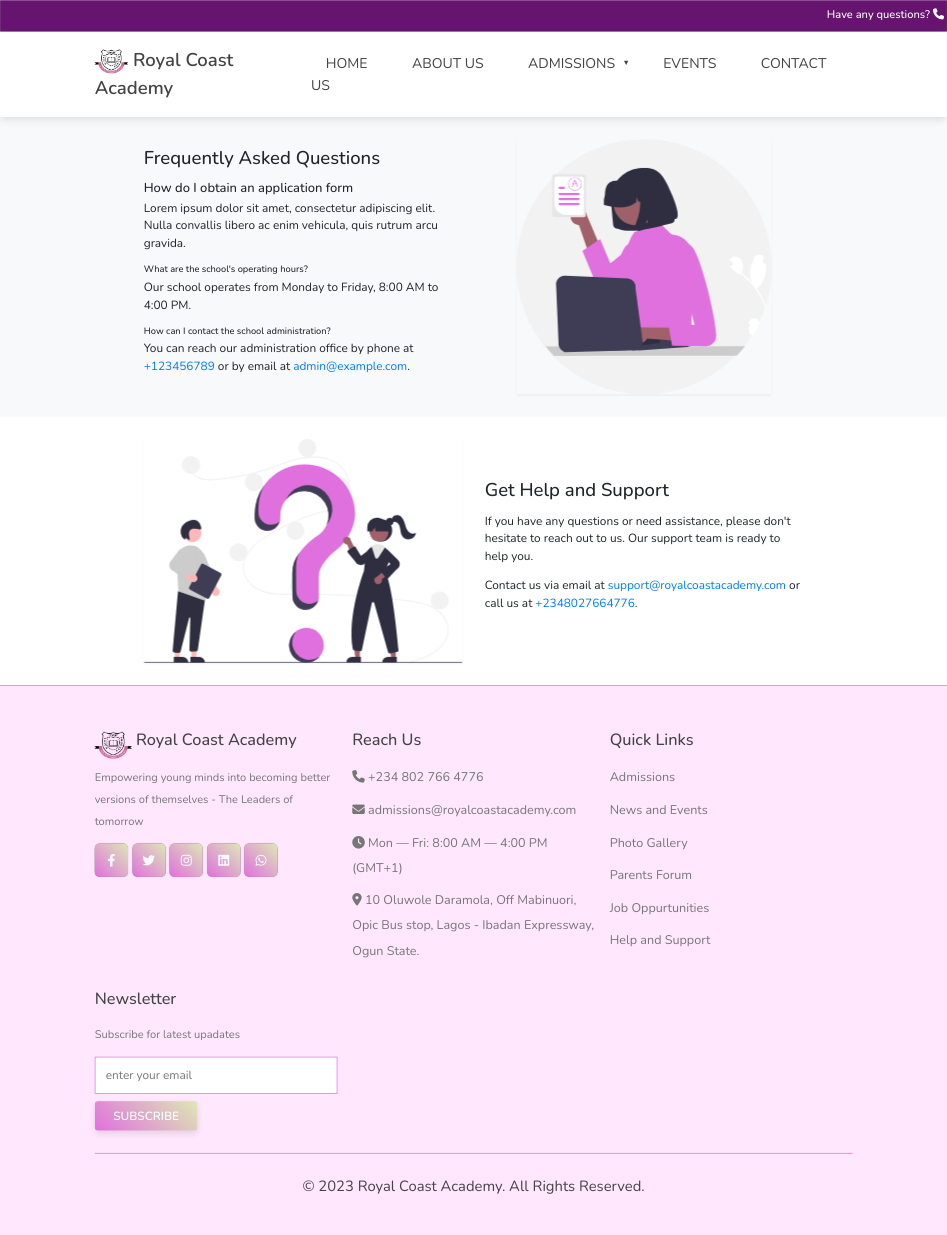
Repository: AdeniranZion/RC-Academy
Page: http://localhost/faq.php
An editor plug-in stored every save of this project. The page is shown before and after the next save, followed by the edit.
The browser window is 1280 px wide. The pictures show the whole page, at 74% of full size.
Some web libraries are served in a nearby version. The page is run by PHP 8.4 with error messages shown; the project is at /var/www/html/.

Above is the page before, as saved 2024-06-21 19:19:20.
Console error: TypeError: Cannot set properties of null (setting 'onclick')

### faq.php
<?php include_once "partials/header.php"; ?>

<section class="faq-section py-5 bg-light">
    <div class="container">
        <div class="row align-items-center">
            <div class="col-lg-6" data-aos="fade-right">
                <div class="faq-content">
                    <h1 class="mb-4 fw-bold">Frequently Asked Questions</h1>

                    <div class="faq-item mb-4">
                        <h3>How do I obtain an application form</h3>
                        <p>Lorem ipsum dolor sit amet, consectetur adipiscing elit. Nulla convallis libero ac enim vehicula, quis rutrum arcu gravida.</p>
                    </div>

                    <div class="faq-item mb-4">
                        <h3 class="h5">What are the school's operating hours?</h3>
                        <p>Our school operates from Monday to Friday, 8:00 AM to 4:00 PM.</p>
                    </div>

                    <div class="faq-item mb-4">
                        <h3 class="h5">How can I contact the school administration?</h3>
                        <p>You can reach our administration office by phone at <a href="tel:+123456789">+123456789</a> or by email at <a href="mailto:admin@example.com">admin@example.com</a>.</p>
                    </div>
                </div>
            </div>

            <div class="col-lg-6" data-aos="fade-left" data-aos-duration="1100">
                <div class="support-illustration text-center">
                    <img src="images/undraw_teacher_re_sico.svg" alt="Support Illustration" class="img-fluid rounded shadow-sm" style="max-width: 80%; height: auto;">
                </div>
            </div>

        </div>
    </div>
</section>

<section class="help-section py-5">
    <div class="container">
        <div class="row align-items-center">
            <div class="col-lg-6 order-lg-2" data-aos="fade-left">
                <div class="help-content">
                    <h1 class="mb-4 fw-bold">Get Help and Support</h1>

                    <p class="mb-4">If you have any questions or need assistance, please don't hesitate to reach out to us. Our support team is ready to help you.</p>

                    <p class="mb-4">Contact us via email at <a href="mailto:yemideniran@gmail.com">support@royalcoastacademy.com</a> or call us at <a href="tel:+123456789">+2348027664776</a>.</p>
                </div>
            </div>

            <div class="col-lg-6 order-lg-1" data-aos="fade-right" data-aos-duration="1100">
                <div class="help-illustration text-center">
                    <img src="images/undraw_questions_re_1fy7.svg" alt="Help Illustration" class="img-fluid rounded shadow-sm">
                </div>
            </div>
        </div>
    </div>
</section>

<?php include_once "partials/footer.php"; ?>

<!-- Initialize AOS -->
<script>
    AOS.init();
</script>

### partials/header.php
 <!--HTML BEGINS-->
<!doctype html>
<html lang="en">
  <head>

  <script src="https://cdn.jsdelivr.net/npm/aos@2.3.4/dist/aos.js"></script>
  <link rel="stylesheet" href="https://cdn.jsdelivr.net/npm/aos@2.3.4/dist/aos.css">
<link rel="stylesheet" href="css/qlstyle.css">
<link rel="stylesheet" href="https://cdn.jsdelivr.net/npm/bootstrap@4.5.3/dist/css/bootstrap.min.css" integrity="sha384-TX8t27EcRE3e/ihU7zmQxVncDAy5uIKz4rEkgIXeMed4M0jlfIDPvg6uqKI2xXr2" crossorigin="anonymous">
<link rel="stylesheet" href="https://cdn.jsdelivr.net/npm/bootstrap-icons@1.11.3/font/bootstrap-icons.min.css">
<link rel="stylesheet" href="https://cdnjs.cloudflare.com/ajax/libs/font-awesome/6.3.0/css/all.min.css">
<link rel="stylesheet" href="https://unpkg.com/swiper@7/swiper-bundle.min.css">


  <title>Royal Coast Academy</title>
    <!-- Required meta tags -->
    <meta charset="UTF-8">
   <meta http-equiv="X-UA-Compatible" content="IE=edge">
   <meta name="viewport" content="width=device-width, initial-scale=1.0">



   <!-- swiper css link  -->
   <link rel="stylesheet" href="https://unpkg.com/swiper@7/swiper-bundle.min.css" />
   <link rel="stylesheet" href="https://fontawesome.com/icons/phone?s=solid&f=classic" />

   <!-- custom css file link  -->
   <link rel="stylesheet" href="css/style.css">
   <link rel="stylesheet" href="css/aos.css">



<!-- //Go to top Button -->
<button onclick="topFunction()" class="top-btn" id="myBtn" title="Go to top"><img width="50%" src="images/chevron_up1.png" alt=""></button>
</head>

<body>


<!-- header section starts  -->
<div class="scroll-div">
    <div class="scroll-wrapper">
      <div class="scroll-text">
        <h1>Have any questions? <i class="fa-solid fa-phone"></i> Call us on +2348027664776 +2347059695895 +2349030009521 <i class="fa-solid fa-envelope"></i> royalcoastacademy@gmail.com or <i class="fa-solid fa-location-dot"></i> Visit us @ 10 Oluwole Daramola Crescent, Isheri Oke 102109, Ojodu Berger, Ogun State.</h1>
      </div>
    </div>
  </div>



<header class="header">


   <a href="#" class="logo">
      <img src="images/RCALogo.png" width="45" alt="Royal Coast Academy Logo">
      Royal Coast Academy
   </a>


   <nav class="navbar">

         <div id="close-navbar" class="fa-sharp fa-solid fa-xmark"></div>

         <?php
            $file_names = ['index.php', 'calendar.php', 'contact.php', 'about.php', 'courses.php', 'admissions.php', 'admission_form.php'];
            $current_page = basename($_SERVER['PHP_SELF']);
            $links = array(
               array('text' => 'HOME', 'href' => 'index.php'),
               array('text' => 'ABOUT US', 'href' => 'about.php'),
               array('text' => 'ADMISSIONS', 'href' => 'admissions.php'),
               array('text' => 'EVENTS', 'href' => 'calendar.php'),
               array('text' => 'CONTACT US', 'href' => 'contact.php'),
            );

            echo '<nav>'; // Start the navigation container

            foreach ($links as $link) {
               // Check if the link is the current page or if it's the admissions link when on admission_form.php
               $style = ($link['href'] == $current_page || ($link['href'] == 'admissions.php' && $current_page == 'admission_form.php')) ? 'style="color: #e070dd;"' : '';

               if ($link['text'] == 'ADMISSIONS') {
                  echo '<div class="dropdown">';
                  echo '<a href="' . $link['href'] . '" ' . $style . '>' . $link['text'] . '</a>';
                  echo '<div class="dropdown-content">';

                  // Set style for dropdown links, excluding the current page
                  echo '<a href="admission_form.php"' . ($current_page == 'admission_form.php' ? ' style="color: #e070dd;"' : '') . '>Admission Form</a>';
                  echo '<a href="admissions.php"' . ($current_page == 'admissions.php' ? ' style="color: #e070dd;"' : '') . '>Admission Details</a>';

                  echo '</div>';
                  echo '</div>';
               } else {
                     echo '<a href="' . $link['href'] . '" ' . $style . '>' . $link['text'] . '</a>';
               }
             }

            echo '</nav>'; // End the navigation container
?>





   </nav>

   <div class="icons">
      <div id="menu-btn" class="fa-solid fa-bars"></div>
   </div>

</header>


<script>
    AOS.init({
        duration: 800, // animation duration in milliseconds
        offset: 200, // offset (in pixels) from the top of the page for the start of the animation
        easing: 'ease-out', // easing function to use for the animation
        once: true, // only animate elements once on page load
    });

      // Refresh AOS on scroll event
      window.addEventListener('scroll', function() {
      AOS.refresh();
});
  </script>

</body>

### partials/footer.php
<!-- footer section starts  -->


<section class="footer">

   <div class="box-container">

      <div class="box">
         <h3> <img style="margin-bottom: -3%;" src="images/RCALogo.png" width="50"> Royal Coast Academy </h3>
         <p>Empowering young minds into becoming better versions of themselves - The Leaders of tomorrow</p>
         <div class="share">
            <a href="#" class="fa-brands fa-facebook-f"></a>
            <a href="#" class="fa-brands fa-twitter"></a>
            <a href="https://www.instagram.com/royalcoastacademy/" class="fa-brands fa-instagram"></a>
            <a href="#" class="fa-brands fa-linkedin"></a>
            <a href="https://wa.me/+2348027664776" class="fa-brands fa-whatsapp"></a>
         </div>
      </div>

      <div class="box">
         <h3>Reach Us</h3>
         <a href="tel:+2348027664776" class="link"><i class="fa-solid fa-phone"></i> <span> +234 802 766 4776</span></a>
         <a href="mailto:admissions@schoolname.com" class="link"><i class="fa-sharp fa-solid fa-envelope"></i> admissions@royalcoastacademy.com</a>
         <a class="link"><i class="fa-solid fa-clock"></i><span> Mon — Fri: 8:00 AM — 4:00 PM (GMT+1)
         </span></a>
         <a href="https://www.google.com/maps/place/Royal+Coast+Academy/@6.6436294,3.3875633,17z/data=!4m15!1m8!3m7!1s0x103b937ae5824571:0xccc23bd1c27304eb!2s10+Oluwole+Daramola+Cres,+Isheri+Oke+102109,+Ojodu+Berger,+Ogun+State!3b1!8m2!3d6.6436294!4d3.3875633!16s%2Fg%2F11sk8n63bg!3m5!1s0x103b9320de5d0e97:0x8af30d24481b53f6!8m2!3d6.6436294!4d3.3875633!16s%2Fg%2F11smwgcrfj" class="link"><i class="fa-solid fa-location-dot"></i><span> 10 Oluwole Daramola, Off Mabinuori, Opic Bus stop, Lagos - Ibadan Expressway, Ogun State.</span></a>
      </div>

      <div class="box">
         <h3>Quick links</h3>
         <a href="admissions.php" class="link">Admissions</a>
         <a href="calendar.php" class="link">News and Events</a>
         <a href="photogallery.php" class="link">Photo Gallery</a>
         <a href="unavailable.php" class="link">Parents Forum</a>
         <a href="unavailable.php" class="link">Job Oppurtunities</a>
         <a href="faq.php" class="link">Help and Support</a>
      </div>

      <div class="box">
         <h3>newsletter</h3>
         <p>Subscribe for latest upadates</p>
         <form action="">
            <input type="email" name="" placeholder="enter your email" id="" class="email">
            <input type="submit" value="subscribe" class="btn">
         </form>
      </div>

   </div>

   <div class="credit">&copy; <?php echo date("Y");?> Royal Coast Academy. all rights reserved. </div>

</section>

<!-- footer section ends -->







<!-- swiper js link  -->
<script src="https://unpkg.com/swiper@7.4.1/swiper-bundle.min.js"></script>

<!-- custom js file link  -->
<script src="js/script.js"></script>
<script src="js/aos.js"></script>

### css/qlstyle.css
    * {
  margin: 0;
  padding: 0;
  box-sizing: border-box;
}

body {
  background-color: #fff;
}

header {
  position: fixed;
  top: 0;
  left: 0;
  width: 100%;
  background-color: #000;
  padding: 20px;
  z-index: 1;
}

nav ul {
  display: flex;
  justify-content: space-between;
  align-items: center;
}

nav li {
  list-style: none;
}

nav a {
  color: #000;
  font-size: 1.5rem;
  text-decoration: none;
  padding: 10px 20px;
  border-radius: 5px;
  transition: all 0.3s ease;
}

nav a:hover {
  background-color: #000;
  color: #ffffff;
}

.hero {
  height: 100vh;
  display: flex;
  flex-direction: column;
  justify-content: center;
  align-items: center;
  color: #666566;
  text-align: center;
  position: relative;
  overflow: hidden;
}

.hero::before {
  content: "";
  position: absolute;
  top: -50%;
  left: -50%;
  width: 200%;
  height: 200%;
  background-color: rgba(255,255,255,0.1);
  transform: rotate(45deg);
  z-index: -1;
}

.hero h1 {
  font-size: 5.5rem;
  font-weight: 700;
  margin-bottom: 20px;
  text-shadow: 0 0 5px #edccf0;
}

.hero p {
  font-size: 2rem;
  font-weight: 300;
  margin-bottom: 30px;
  text-shadow: 0 0 10px rgba(255,255,255,0.5);
}

.btn2 {
  background-color: #f6eff7;
  color: #000;
  font-size: 1.6rem;
  padding: 10px 20px;
  border-radius: 5px;
  text-decoration: none;
  transition: all 0.3s ease;
  box-shadow: 0 0 10px rgb(201, 201, 201);
}

.btn2:hover {
  background-color: #edccf0;
  color: #000;
  border: #edccf0;
}

.info {
  padding: 100px 0;
  text-align: center;
  color: #fff;
  position: relative;
  overflow: hidden;
}

.info::before {
  content: "";
  position: absolute;
  top: -50%;
  left: -50%;
  width: 200%;
  height: 200%;
  background-color: rgba(255,255,255,0.1);
  transform: rotate(45deg);
  z-index: -1;
}

.info h2 {
  font-size: 3rem;
  font-weight: 700;
  margin-bottom: 20px;
  text-shadow: 0 0 10px rgba(255,255,255,0.5);
}

.info p {
  font-size: 1.5rem;
  font-weight: 300;
  margin-bottom: 30px;
  text-shadow: 0 0 10px rgba(255,255,255,0.5);
}

.info ul {
  list-style: none;
  display: flex;
  justify-content: space-between;
  align-items: center;
  margin-bottom: 30px;
}

.info ul li {
  font-size: 1.2rem;
}

.floating-objects {
  position: fixed;
  top: 0;
  left: 0;
  width: 100%;
  height: 100%;
  z-index: -1;
  display: grid;
  grid-template-columns: repeat(6, 1fr);
  grid-template-rows: repeat(4, 1fr);
  opacity: 10%;
}

.floating-object {
  width: 60px;
  height: 60px;
  background-color: #000;
  opacity: 0.6;
  position: relative;
  animation: float 12s ease-in-out infinite;
}

.floating-object:nth-child(1) {
  grid-column: 3 / span 2;
  grid-row: 1 / span 2;
  animation-name: float-right-down;
}

.floating-object:nth-child(2) {
  grid-column: 2 / span 2;
  grid-row: 2 / span 2;
  animation-name: float-left-down;
  background-color: #9e39a3;
}

/* red */
.floating-object:nth-child(3) {
  grid-column: 4 / span 2;
  grid-row: 3 / span 2;
  animation-name: float-left-up;
  width: 100px;
  height: 100px;
  background-color: red;
  clip-path: polygon(50% 0%, 100% 20%, 100% 80%, 50% 100%, 0% 80%, 0% 20%);
  opacity: 0.7;
  border: 2px solid #000;
  border-radius: 30px;
}
.floating-object:nth-child(4) {
  grid-column: 6 / span 2;
  grid-row: 4 / span 3;
  animation-name: float-left-down;

}

.floating-object:nth-child(5) {
  grid-column: 6 / span 2;
  grid-row: 1 / span 2;
  animation-name: float-right-up;
  width: 150px;
  height: 150px;
  background-color: transparent;
  opacity: 0.7;
  border: 1px solid #000;

}

.floating-object:nth-child(6) {
  grid-column: 4 / span 2;
  grid-row: 2 / span 3;
  animation-name: float-right-down;
  width: 250px;
  height: 250px;
  background-color: transparent;
  border: 2px solid #000;
  opacity: 0.1;
  box-shadow: 0 0 10px rgb(201, 201, 201);
}

.floating-object:nth-child(7) {
  grid-column: 3 / span 2;
  grid-row: 3 / span 3;
  animation-name: float-left-down;
  width: 250px;
  height: 250px;
  background-color: transparent;
  opacity: 0.7;
  border: 2px solid #000;
  border-radius: 50%;
  box-shadow: 0 0 50px rgb(201, 201, 201);
}

.floating-object:nth-child(8) {
  grid-column: 5 / span 2;
  grid-row: 2 / span 2;
  animation-name: float-right-down;
  width: 150px;
  height: 150px;
  background-color: #9e39a3;
  opacity: 0.7;
  border: 2px solid #9e39a3;
  border-radius: 50%;
}

/* red 2*/
.floating-object:nth-child(9) {
    grid-column: 1 / span 2;
    grid-row: 5 / span 2;
    animation-name: float-right-up;
    width: 350px;
    height: 350px;
    background-color: red;
    clip-path: polygon(50% 0%, 100% 20%, 100% 80%, 50% 100%, 0% 80%, 0% 20%);
    opacity: 0.2;
    border: 2px solid #000;
    border-radius: 30px;
  }


.hexagon {
    top: 30vh;
    left: 40%;
    position: absolute;
    margin: 0 auto;
    background-color: dodgerblue;
    border-radius: 10px;
    width: 100px;
    height: 63px;
    box-sizing: border-box;
    transition: all 1s;
    border: 0.4vh solid transparent;
    grid-column: 4 / span 2;
    grid-row: 3 / span 2;
    animation-name: float-right-up;
    width: 60px;
    height: 60px;
    background-color: #fff;
    opacity: 0.6;
    position: relative;
    animation: float 6s ease-in-out infinite;
}

@keyframes float-right-down {
  0% {
    transform: translateX(0px) translateY(0px);
  }
  50% {
    transform: translateX(50px) translateY(50px);
  }
  100% {
    transform: translateX(0px) translateY(0px);
  }
}

@keyframes float-left-down {
  0% {
    transform: translateX(0px) translateY(0px);
  }
  50% {
    transform: translateX(-50px) translateY(50px);
  }
  100% {
    transform: translateX(0px) translateY(0px);
  }
}

@keyframes float-right-up {
  0% {
    transform: translateX(0px) translateY(0px);
  }
  50% {
    transform: translateX(50px) translateY(-50px);
  }
  100% {
    transform: translateX(0px) translateY(0px);
  }
}

@keyframes float-left-up {
  0% {
    transform: translateX(0px) translateY(0px);
  }
  50% {
    transform: translateX(-50px) translateY(-50px);
  }
  100% {
    transform: translateX(0px) translateY(0px);
  }
}

.hexagon {
    top: 30vh;
    left: 40%;
    position: absolute;
    margin: 0 auto;
    background-color: dodgerblue;
    border-radius: 10px;
    width: 100px;
    height: 63px;
    box-sizing: border-box;
    transition: all 1s;
    border: 0.4vh solid transparent;
}

/* Creating pseudo-class */
.hexagon:before, .hexagon:after {
    content: "";
    border: inherit;
    position: absolute;
    top: -0.5vh;
    left: -0.5vh;
    background-color: dodgerblue;
    border-radius: inherit;
    height: 100%;
    width: 100%;
}

/* Align them in such a way
that they form a hexagon */
.hexagon:before {
    transform: rotate(60deg);
}
.hexagon:after {
    transform: rotate(-60deg);
}

### css/aos.css
/* Fade-in from the right animation */
[data-aos="fade-right"] {
    opacity: 0;
    transform: translateX(100px);
    transition: opacity 0.6s ease-out, transform 0.6s ease-out;
  }

  [data-aos="fade-right"].aos-animate {
    opacity: 1;
    transform: translateX(0);
  }

Loaded but not shown: images/undraw_questions_re_1fy7.svg (1 lines, source omitted); images/undraw_teacher_re_sico.svg (1 lines, source omitted); js/script.js (156 lines, source omitted); js/aos.js (24 lines, source omitted); css/style.css (1695 lines, source omitted)

After the next save:
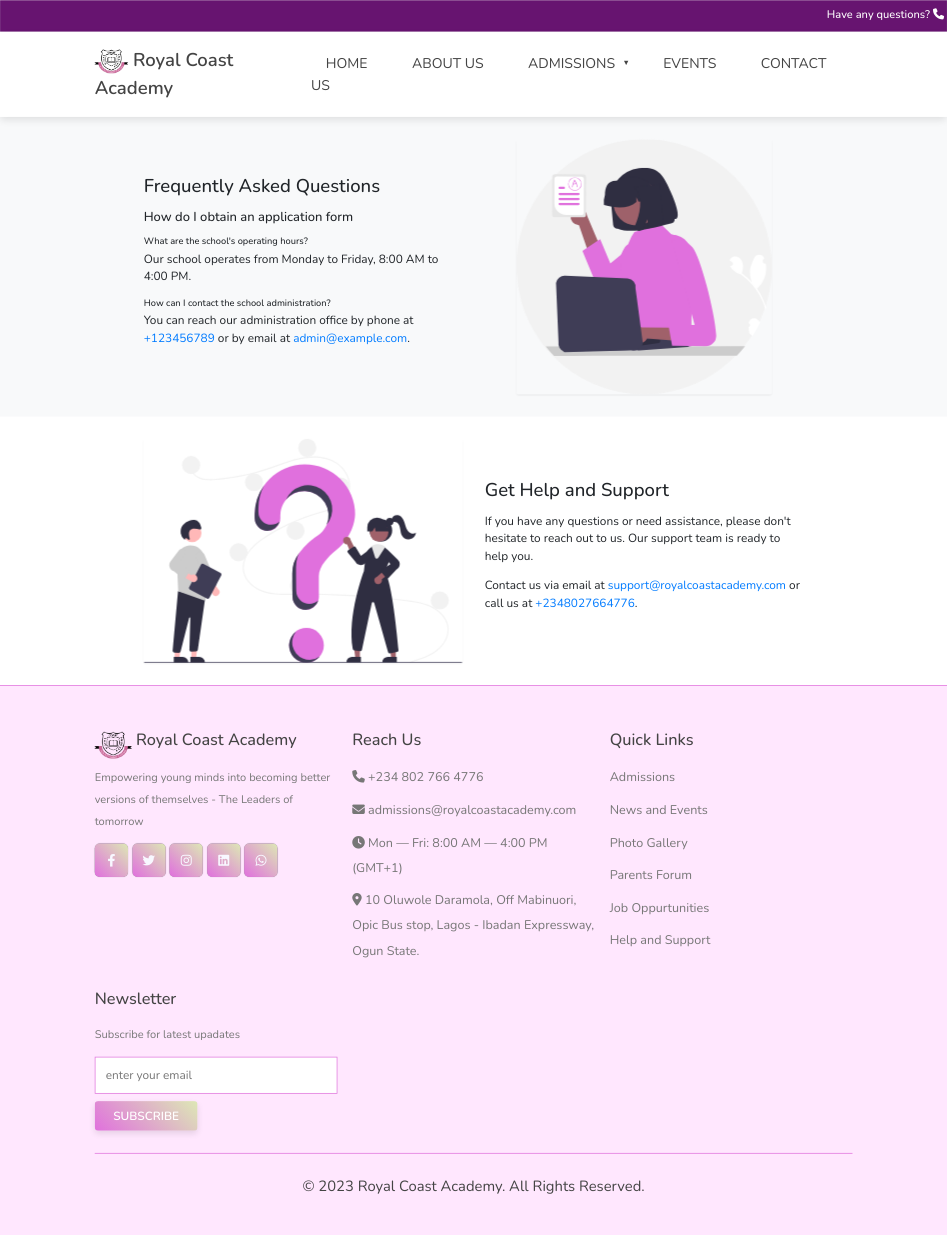
Saved 16 s later.
--- a/faq.php
+++ b/faq.php
@@ -9,7 +9,7 @@
 
                     <div class="faq-item mb-4">
                         <h3>How do I obtain an application form</h3>
-                        <p>Lorem ipsum dolor sit amet, consectetur adipiscing elit. Nulla convallis libero ac enim vehicula, quis rutrum arcu gravida.</p>
+                        <p></p>
                     </div>
 
                     <div class="faq-item mb-4">
